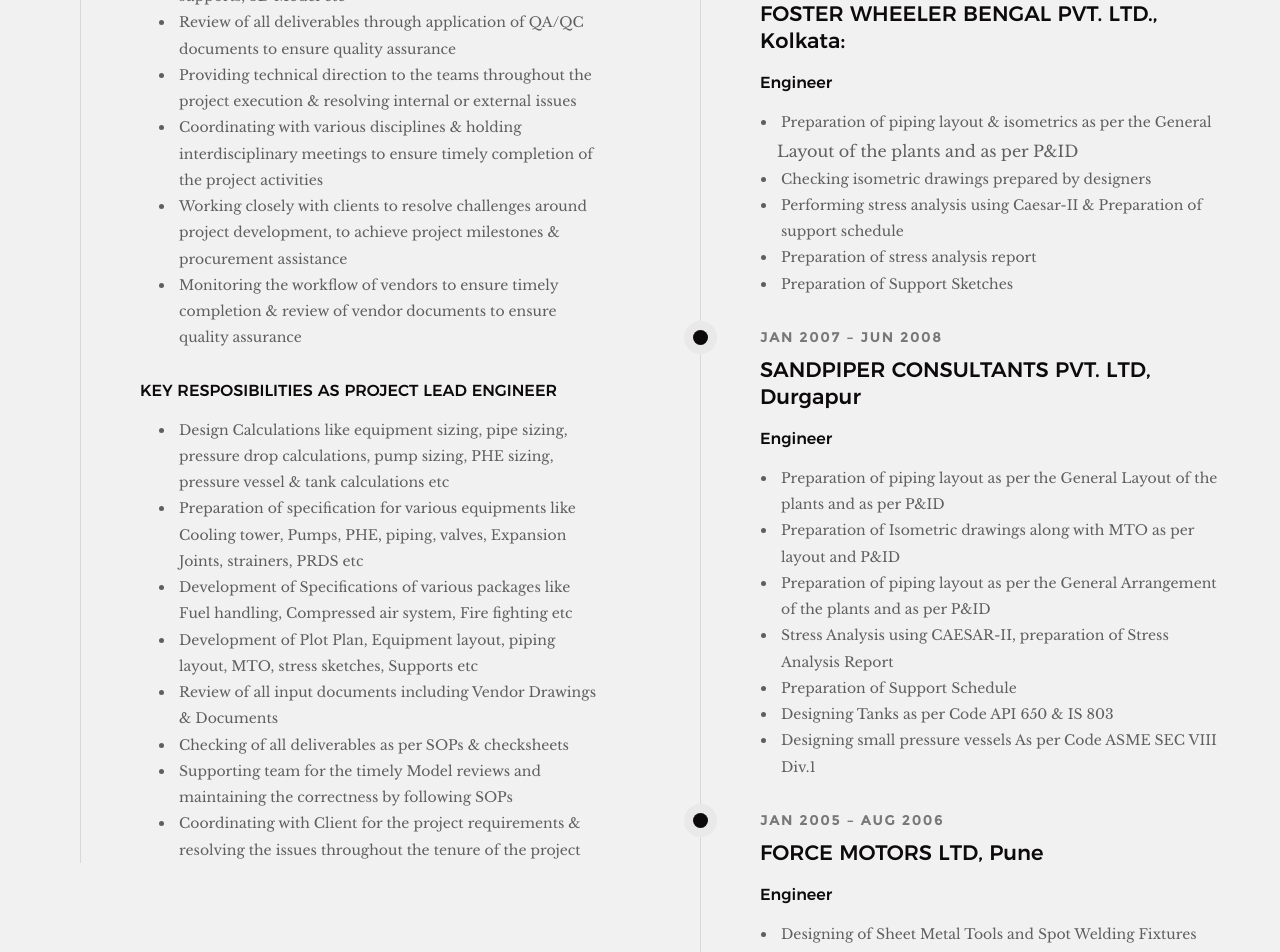
Repository: sumana1001/myprofile
Page: index.html
The author's editor kept a copy of each file at every save. The page is drawn from the files as they stood at one save, then again after the next save.
The browser window is 1280 px wide. The pictures show the part of the page from y = 3139 to 4091 px (the page is 5795 px tall before and 5769 px after).

Above is the page before, as saved 2020-05-07 10:05:01.

After the next save:
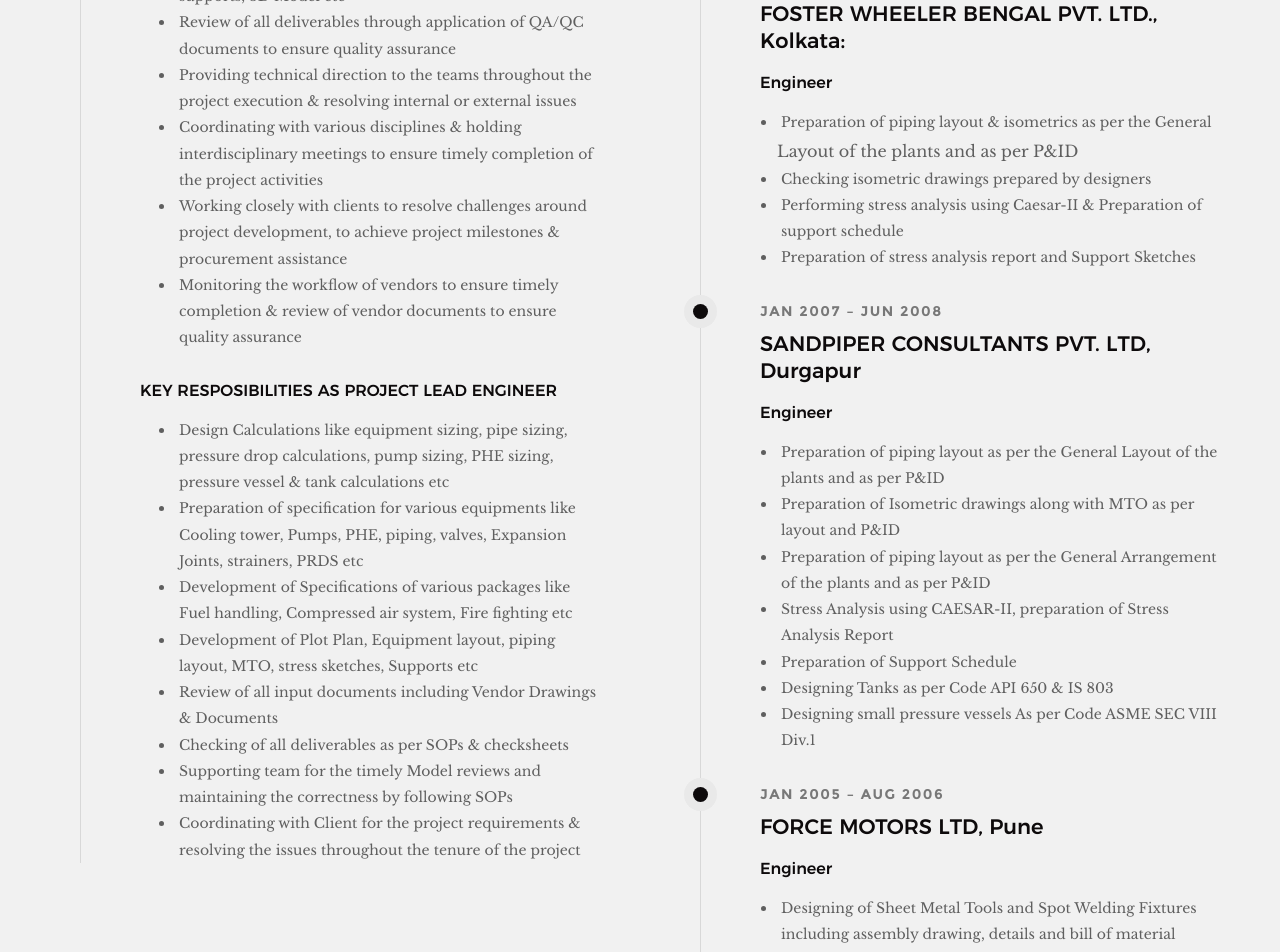
Saved 44 s later.
--- a/index.html
+++ b/index.html
@@ -326,8 +326,7 @@
                                 plants and as per P&ID</li>
                                 <li>Checking isometric drawings prepared by designers</li>
                                 <li>Performing stress analysis using Caesar-II & Preparation of support schedule</li>
-                                <li>Preparation of stress analysis report</li>
-                                <li>Preparation of Support Sketches</li>
+                                <li>Preparation of stress analysis report and Support Sketches</li>
                             </ul>
                         </div>
                     </div> <!-- end timeline__block -->
